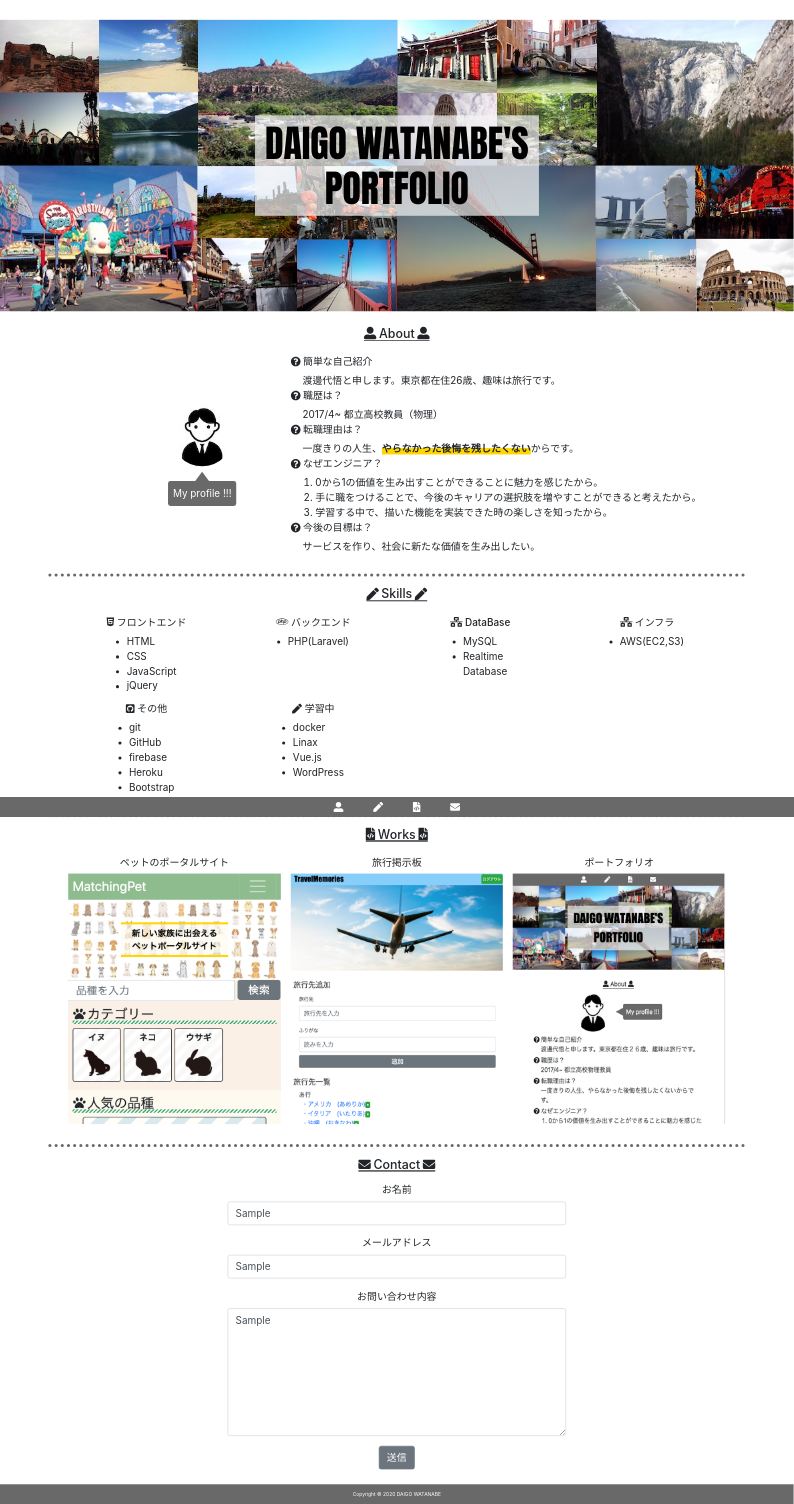
Repository: watanabedaigo/Portfolio
Page: public/index.html
The author's editor kept a record of every edit. The page is drawn from the files as they stood at one moment, then again after the next edit.
The browser window is 1280 px wide. The pictures show the whole page, at 62% of full size.
Empty fields were first filled with sample values (such as "Sample", 5 or name@example.com).
After loading, the first visible `span.works-icon` was clicked once.
Some web libraries are served in a nearby version.

Above is the page before.

After the next edit:
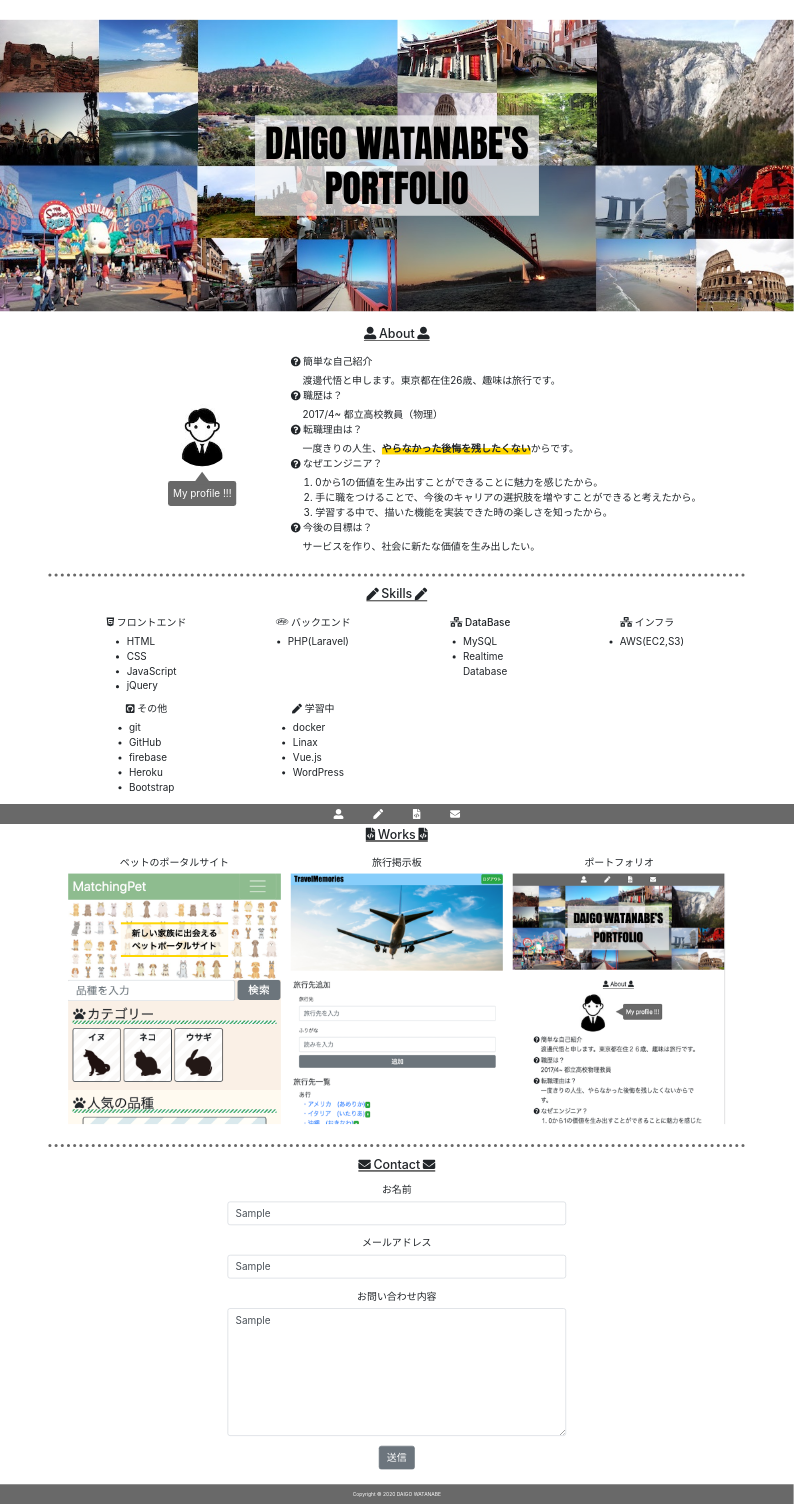
The edit:
--- a/public/js/main.js
+++ b/public/js/main.js
@@ -10,7 +10,7 @@
 
 $('.works-icon').on('click',() => {
     const works = $('#works').offset().top;
-    $("html, body").animate({ scrollTop: works - 32 }, 200);
+    $("html, body").animate({ scrollTop: works - 20 }, 200);
 });
 
 $('.contact-icon').on('click',() => {
